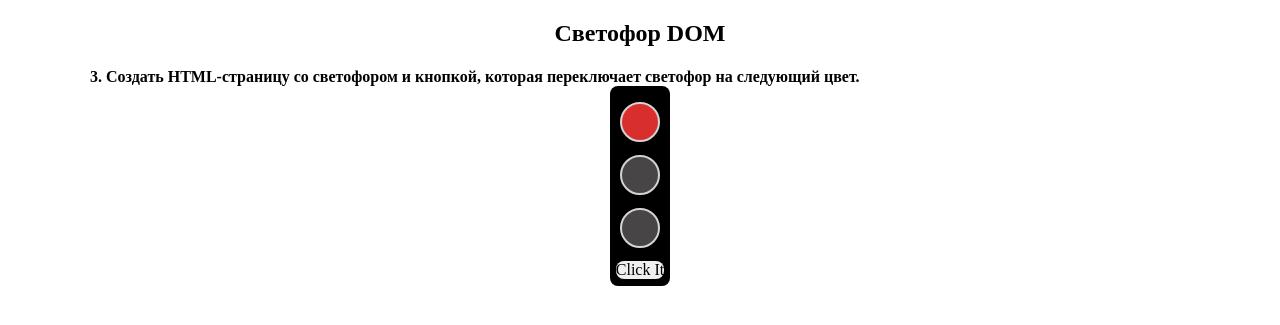
Repository: NastyaGavrilova/Beetroot-js
Page: HW7/traffic-lights/trafic.html
The author's editor kept a copy of each file at every save. The page is drawn from the files as they stood at one save, then again after the next save.
The browser window is 1280 px wide. The pictures show the whole page.

Above is the page before, as saved 2021-10-25 15:34:46.

### HW7/traffic-lights/trafic.html
<!DOCTYPE html>
<html lang="en">
  <head>
    <meta charset="UTF-8" />
    <meta http-equiv="X-UA-Compatible" content="IE=edge" />
    <meta name="viewport" content="width=device-width, initial-scale=1.0" />
    <link
      rel="stylesheet"
      href="https://cdnjs.cloudflare.com/ajax/libs/normalize/8.0.1/normalize.min.css"
      integrity="sha512-NhSC1YmyruXifcj/KFRWoC561YpHpc5Jtzgvbuzx5VozKpWvQ+4nXhPdFgmx8xqexRcpAglTj9sIBWINXa8x5w=="
      crossorigin="anonymous"
      referrerpolicy="no-referrer"
    />
    <link rel="stylesheet" href="./traffic.css" />
    <title>Traffic Lights DOM</title>
  </head>
  <body>
    <header class="c-header">
      <div class="c-header__wrapper">
        <div class="c-header__title">
          <h2>Светофор DOM</h2>
        </div>
      </div>
    </header>

    <div class="c-task-traffic">
      <div class="c-task-traffic__wrapper">
        <div class="c-task-traffic__title">
          <h4>
            3. Создать HTML-страницу со светофором и кнопкой, которая
            переключает светофор на следующий цвет.
          </h4>
        </div>
        <div class="traffic__lights">
          <div id="red" class="traffic__light traffic__red"></div>
          <div id="yellow" class="traffic__light"></div>
          <div id="green" class="traffic__light"></div>
          <button id="btn" class="traffic__btn">Click It</button>
        </div>
      </div>
    </div>

    <script src="./traffic.js"></script>
  </body>
</html>

### HW7/traffic-lights/traffic.css
* {
  box-sizing: border-box;
  padding: 0;
  margin: 0;
}

body {
  max-width: 1200px;
  margin: 0 auto;
}

.c-header__wrapper {
  padding: 20px 0;
}

.c-header__title {
  text-align: center;
}

.c-task-traffic {
  padding: 0 50px;
}

.traffic__lights {
  margin: auto;
  width: 60px;
  height: 200px;
  padding: 10px 0;
  padding-bottom: 0;
  display: flex;
  flex-flow: column wrap;
  justify-content: space-around;
  align-items: center;
  background-color: black;
  border-radius: 0.5rem;
}
.traffic__light {
  width: 40px;
  height: 40px;
  border-radius: 100%;
  border: 2px solid lightgrey;
  background-color: rgb(71, 69, 69);
}
.traffic__off {
  background-color: #555;
}
.traffic__red {
  background-color: rgba(235, 50, 50, 0.925);
}
.traffic__green {
  background-color: rgb(91, 179, 91);
}
.traffic__yellow {
  background-color: rgb(231, 231, 83);
}
.traffic__btn {
  border-radius: 0.5rem;
  border: none;
}

### HW7/traffic-lights/traffic.js
const trafficLights = document.querySelector("div.traffic__light");

const redlight = document.getElementById("red");
const yellowlight = document.getElementById("yellow");
const greenlight = document.getElementById("green");
const btn = document.getElementById("btn");

btn.addEventListener("click", function () {
  if (redlight.classList.contains("traffic__red")) {
    redlight.classList.remove("traffic__red");
    yellowlight.classList.add("traffic__yellow");
  } else if (yellowlight.classList.contains("traffic__yellow")) {
    yellowlight.classList.remove("traffic__yellow");
    greenlight.classList.add("traffic__green");
  } else if (greenlight.classList.contains("traffic__green")) {
    greenlight.classList.remove("traffic__green");
    redlight.classList.add("traffic__red");
  }
});

After the next save:
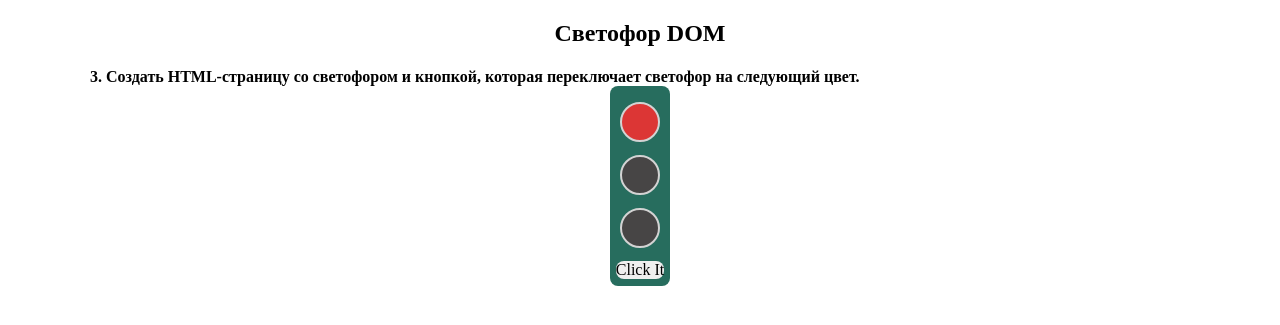
Saved 12 s later.
--- a/HW7/traffic-lights/traffic.css
+++ b/HW7/traffic-lights/traffic.css
@@ -31,7 +31,7 @@ body {
   flex-flow: column wrap;
   justify-content: space-around;
   align-items: center;
-  background-color: black;
+  background-color: rgb(39, 109, 94);
   border-radius: 0.5rem;
 }
 .traffic__light {
